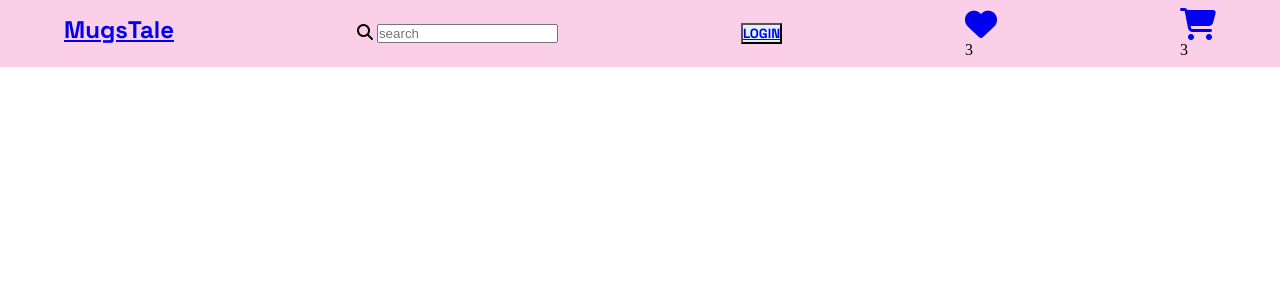
Repository: Anasooya2601/ecom
Page: home.html
The author's editor kept a copy of each file at every save. The page is drawn from the files as they stood at one save, then again after the next save.
The browser window is 1280 px wide. The pictures show the whole page.
Some web libraries are served in a nearby version.

Above is the page before, as saved 2022-02-20 02:27:37.

### home.html
<!DOCTYPE html>
<html lang="en">
<head>
    <meta charset="UTF-8">
    <meta http-equiv="X-UA-Compatible" content="IE=edge">
    <meta name="viewport" content="width=device-width, initial-scale=1.0">
    <link rel="stylesheet" href="https://cdnjs.cloudflare.com/ajax/libs/font-awesome/4.7.0/css/font-awesome.min.css">
    <script src="https://kit.fontawesome.com/e70e2d0aa4.js" crossorigin="anonymous"></script>
    <title>HOME | MugsTale</title>
    <link rel="stylesheet" href="home.css">
</head>
<body>
    <div class="navbar">
        <div class="heading">
            <a href="/home.html"><h2>MugsTale</h2></a>
        </div>
        <div class="search">
            <i class="fas fa-search search-icon"></i>
            <input type="text" class="input" placeholder="search" >
        </div>

        <div class="login">
            <button class="btn btn-primary"><a href="./Pages/LogIn/login.html">LOGIN</a></button>
        </div>

        <div class="wishlist cart-icon">
            <a href="./Pages/wishlist/wishlist.html"><i class="fas fa-heart fa-2x"></i></a>
            <div class="notification notification-badge">
                <span>3</span>
            </div>
        </div>

        <div class="cart cart-icon">
            <a href="./Pages/cart/cart.html"><i class="fas fa-shopping-cart fa-2x"></i></a>
            <div class="notification notification-badge">
                <span>3</span>
            </div>
        </div>

    </div>
</body>
</html>

### home.css
@import url('https://fonts.googleapis.com/css2?family=Space+Grotesk:wght@700&display=swap');

:root{
    --pink-4:#f472b6;
    --pink-2:#fbcfe8;
    --pink-6:#c026d3;
    --yellow-1:#fef9c3;
    --yellow-4:#fde68a;
    --green-1:#ecfccb;
    --blue-1:#e0f2fe;
}

*{
    margin: 0;
    padding: 0;
}
body{
    letter-spacing: 0px;
}
a,button{
    font-family: 'Space Grotesk', sans-serif;
}
.btn-primary{
    background-color: var(--blue-1);
}
.search::placeholder{
    color: white;
}

.navbar{
    background: var(--pink-2);
    display: flex;
    justify-content: space-between;
    padding: 0.5rem 4rem;
    align-items: center;
    text-decoration: none;

}
.search{
    align-items: center;
}
.heading{
    height: 2.5rem;
   color: var(--yellow-1);
    text-decoration: none;
}

After the next save:
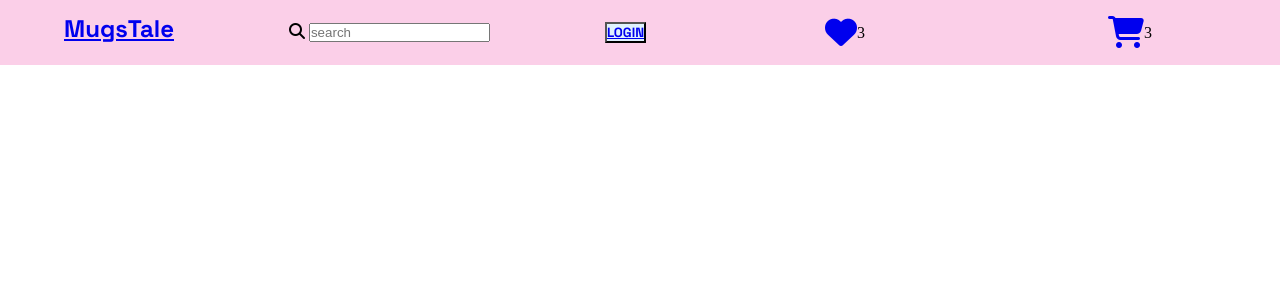
Saved 85 s later.
--- a/home.html
+++ b/home.html
@@ -23,14 +23,14 @@
             <button class="btn btn-primary"><a href="./Pages/LogIn/login.html">LOGIN</a></button>
         </div>
 
-        <div class="wishlist cart-icon">
+        <div class="navbar cart-icon">
             <a href="./Pages/wishlist/wishlist.html"><i class="fas fa-heart fa-2x"></i></a>
             <div class="notification notification-badge">
                 <span>3</span>
             </div>
         </div>
 
-        <div class="cart cart-icon">
+        <div class="navbar cart-icon">
             <a href="./Pages/cart/cart.html"><i class="fas fa-shopping-cart fa-2x"></i></a>
             <div class="notification notification-badge">
                 <span>3</span>
